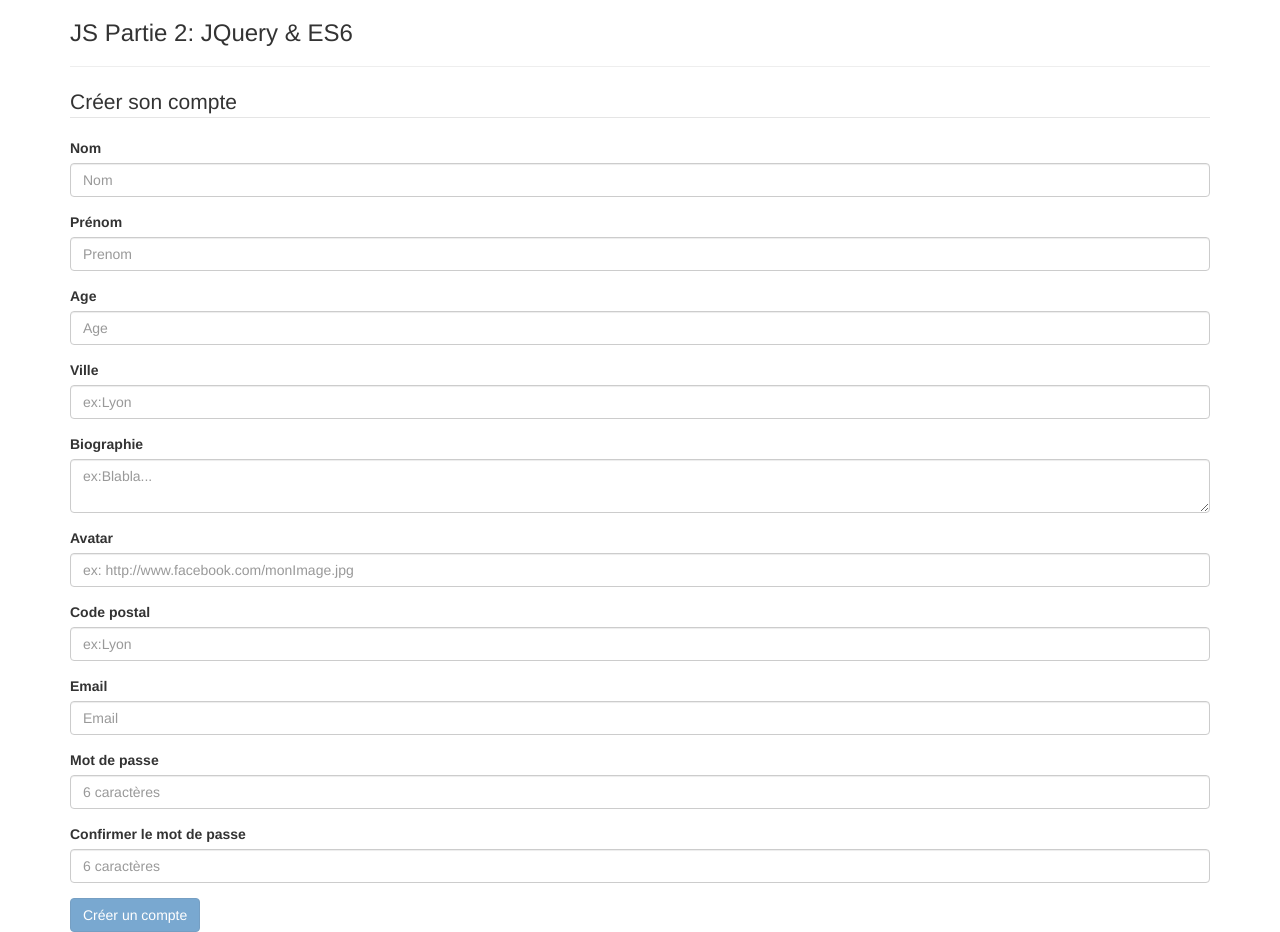
Repository: Symfomany/WildJQueryForm
Page: index.html
The author's editor kept a copy of each file at every save. The page is drawn from the files as they stood at one save, then again after the next save.
The browser window is 1280 px wide. The pictures show the whole page.

Above is the page before, as saved 2017-03-06 07:00:03.

After the next save:
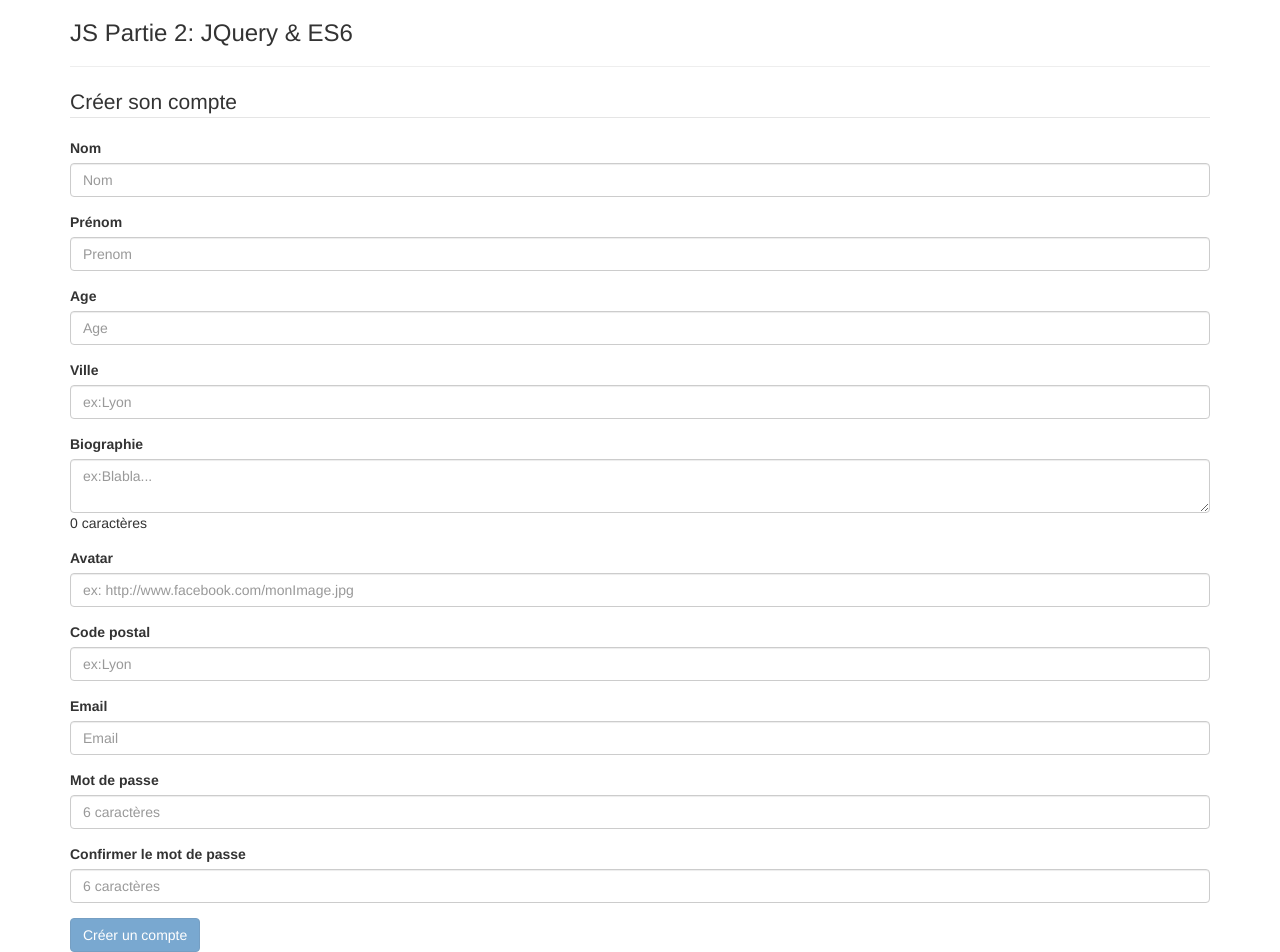
Saved 35 s later.
--- a/index.html
+++ b/index.html
@@ -44,6 +44,7 @@
             <div class="form-group">
                 <label for="">Biographie</label>
                 <textarea class="form-control" id="biography" placeholder="ex:Blabla..."></textarea>
+                <span id="nbCars">0</span> caractères
             </div>
 
 
